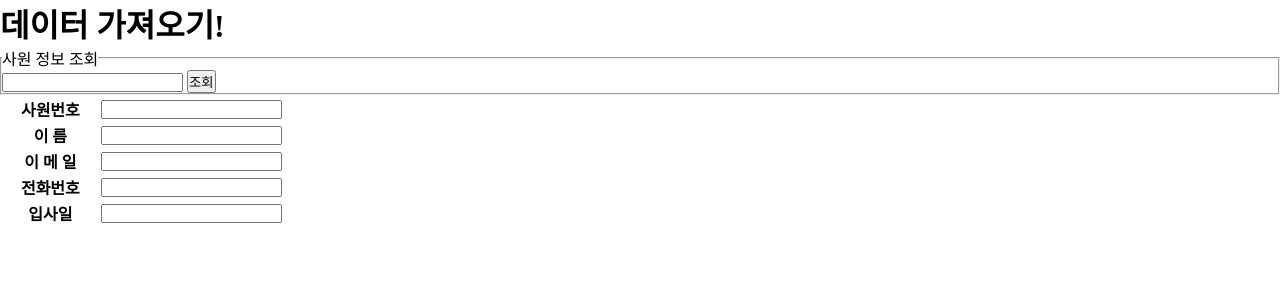
Repository: whdkwhdk90/JAVA
Page: 실습 코드/7. AJAX/UI_JQ_Ajax/WebContent/jq09_ajax.html
The author's editor kept a copy of each file at every save. The page is drawn from the files as they stood at one save, then again after the next save.
The browser window is 1280 px wide. The pictures show the whole page.

Above is the page before, as saved 2020-06-22 04:05:39.

### 실습 코드/7. AJAX/UI_JQ_Ajax/WebContent/jq09_ajax.html
<!DOCTYPE html>
<html>
<head>
<meta charset="UTF-8">
<title>Insert title here</title>
<style type="text/css">
	*{
		margin : 0px;
		padding : 0px;
	}
	table{
		width : 400px;
	}

</style>
</head>
<body>
	<h1>데이터 가져오기!</h1>

	<fieldset>
		<legend>사원 정보 조회</legend>
		<input type="text" name="empid">
		<input type="button" id="emp_search" value="조회">
	</fieldset>
	<table>
		  <tr>
			    <th>사원번호</th>
			    <td><input type="text" name="empNum"></td>
		  </tr>
		  <tr>
			    <th>이 름</th>
			    <td><input type="text" name="lastName"></td>
		  </tr>
		  <tr>
			    <th>이 메 일</th>
			    <td><input type="text" name="email"></td>
		  </tr>
		  <tr>
			    <th>전화번호</th>
			    <td><input type="text" name="phone"></td>
		  </tr>
		   <tr>
			    <th>입사일</th>
			    <td><input type="text" name="hire"></td>
		  </tr>
	</table>

</body>
</html>

After the next save:
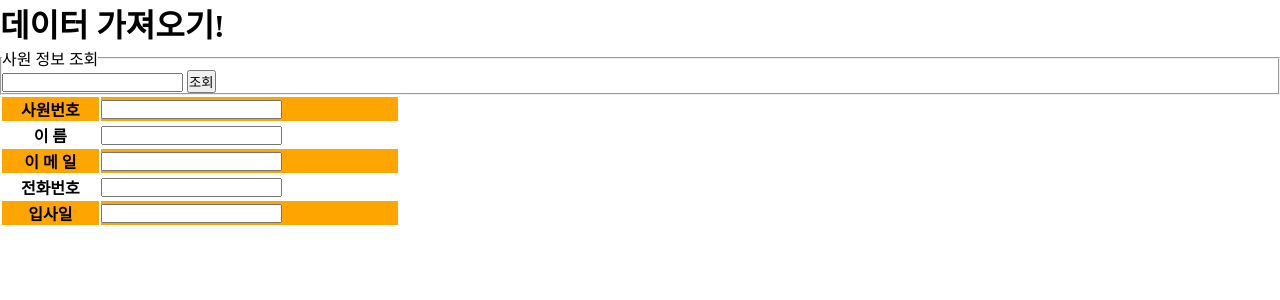
Saved 25 s later.
--- a/실습 코드/7. AJAX/UI_JQ_Ajax/WebContent/jq09_ajax.html
+++ b/실습 코드/7. AJAX/UI_JQ_Ajax/WebContent/jq09_ajax.html
@@ -11,7 +11,9 @@
 	table{
 		width : 400px;
 	}
-
+	table tr:nth-child(odd){
+		background-color: orange;
+	}
 </style>
 </head>
 <body>
